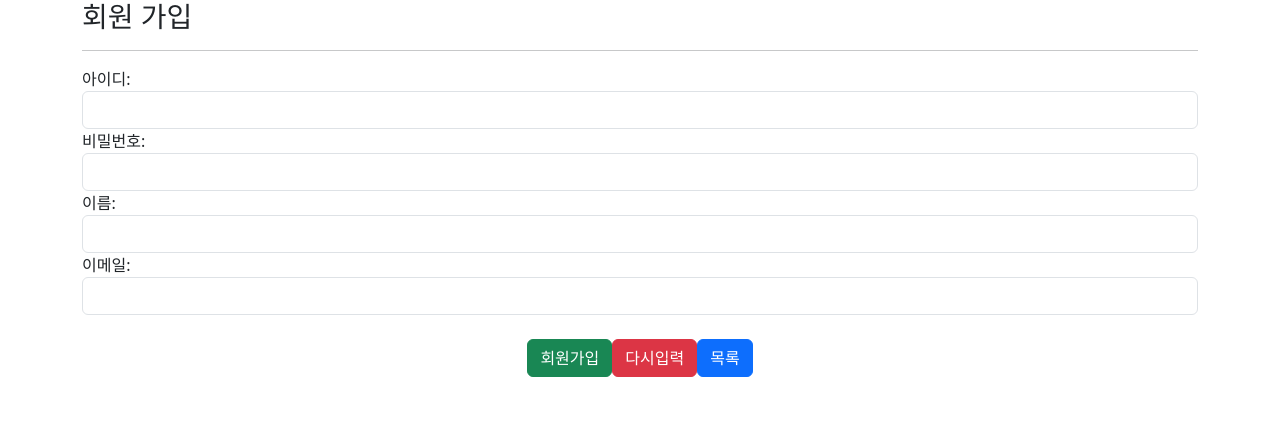
Repository: papepopopy/javascript
Page: http://localhost/webjsp/ex01/sample03/MemberLogin.jsp
The author's editor kept a copy of each file at every save. The page is drawn from the files as they stood at one save, then again after the next save.
The browser window is 1280 px wide. The pictures show the whole page.
The page is served by Tomcat 9. Nobody is signed in. The application's start-up code is not run.

Above is the page before, as saved 2024-06-28 02:56:27.

After the next save:
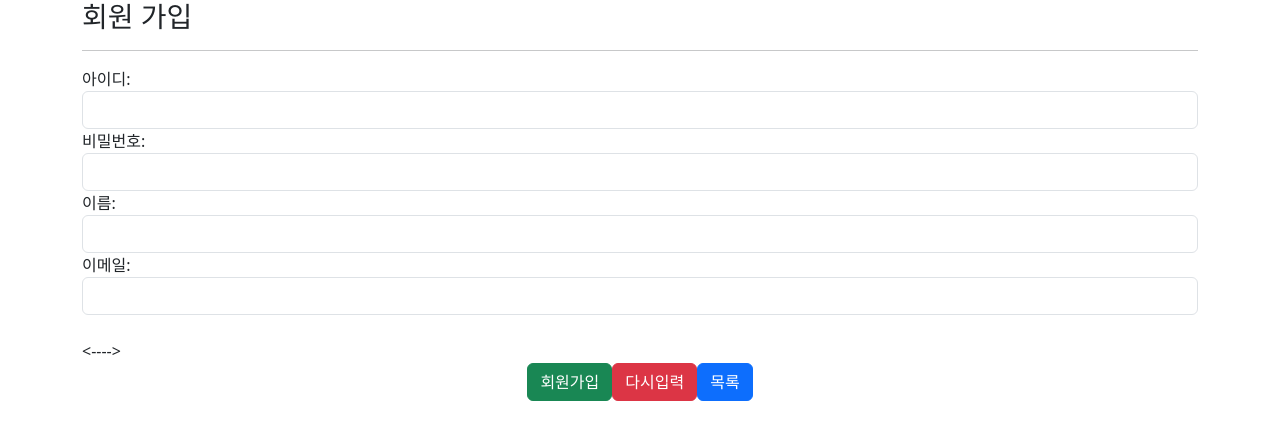
Saved 3 min 4 s later.
--- a/jspStudy/jspStudy/webjsp/src/main/webapp/ex01/sample03/MemberLogin.jsp
+++ b/jspStudy/jspStudy/webjsp/src/main/webapp/ex01/sample03/MemberLogin.jsp
@@ -31,7 +31,7 @@
 			</div>
 
 			<br >
-			<input type="hidden" name="command" value="addMember">
+			<--<input type="hidden" name="command" value="addMember">-->
 			<div class="d-flex justify-content-center loginBtn">
 				<div><input type="button" 	value="회원가입" 		class="btn btn-success" onClick="fn_sendMember()"></div>
 				<div><input type="reset" 	value="다시입력" 	class="btn btn-danger"></div>

After the 4 saves that followed:
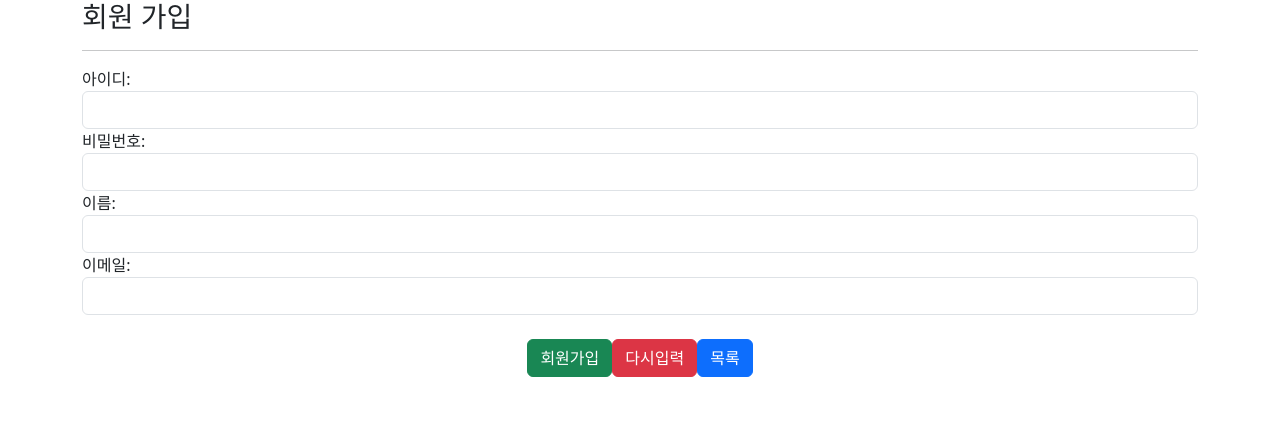
The 4 saves are shown as one change because they came seconds apart.
The last was saved 11 s later.
--- a/jspStudy/jspStudy/webjsp/src/main/webapp/ex01/sample03/MemberLogin.jsp
+++ b/jspStudy/jspStudy/webjsp/src/main/webapp/ex01/sample03/MemberLogin.jsp
@@ -31,7 +31,7 @@
 			</div>
 
 			<br >
-			<--<input type="hidden" name="command" value="addMember">-->
+			<input type="hidden" name="command" value="addMember">
 			<div class="d-flex justify-content-center loginBtn">
 				<div><input type="button" 	value="회원가입" 		class="btn btn-success" onClick="fn_sendMember()"></div>
 				<div><input type="reset" 	value="다시입력" 	class="btn btn-danger"></div>
